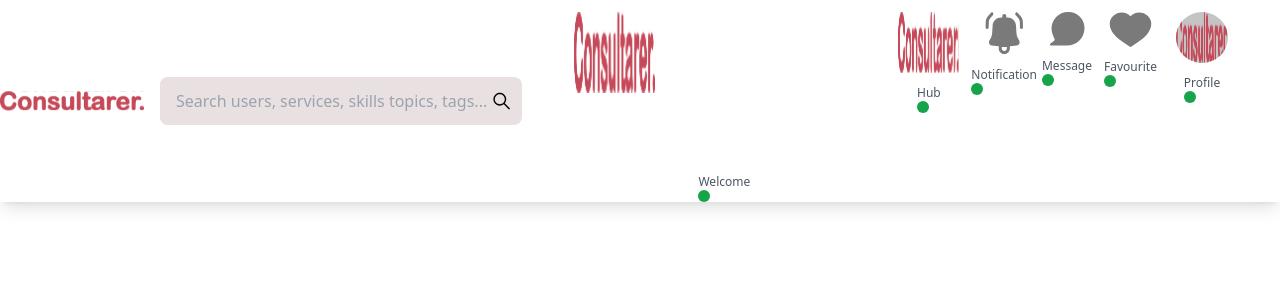
Repository: hisreal123/Consultarer
Page: /
These files come from the project's save history. The page is drawn as it stood at one moment and after a run of saves; the edit follows.
The browser window is 1280 px wide. The pictures show the whole page.
The project was rebuilt for these pictures with package versions that can differ from the ones it lists, and the page was loaded fresh each time. The framework's server and built-in components were replaced by stand-ins that run in the browser. Also part of the build but not shown: next.config.js, webpack.config.js.

Above is the page before, as saved 2022-04-19 16:56:59.

### pages/index.js
import Head from "next/head";
import Image from "next/image";
import { TopNav } from "../components/TopNav/TopNav";

export default function Home() {
  return (
    <div className="">
      <Head>
        <title>Create Next App</title>
        <meta name="description" content="Generated by create next app" />
        <link rel="icon" href="/favicon.ico" />
      </Head>

      <main>
        <TopNav />
      </main>
    </div>
  );
}

### components/TopNav/TopNav.js
import Link from "next/link";
import React from "react";
import NavItems from "./NavItems";
import LogoPng from "../svgs/jpegLogo.jpg";
import Logo from "../svgs/logo.svg";

// svg-icons
import Briefcase from "../svgs/briefcase.svg";
import Hub from "../svgs/ash-02.svg";
import Bell from "../svgs/bell.svg";
import Msg from "../svgs/msg.svg";
import Fav from "../svgs/fav.svg";
import Profile from "../svgs/unsplash_x9cXI2eQLBw.svg";
import Search from "./Search";
import Image from "next/image";

export const TopNav = () => {
  const IcconStyle = "text-[32px]";

  return (
    <div className=" shadow-lg ">
      <div className=" relative container mx-auto flex items-center w-screen justify-between">
        <div className="logo relative  ">
          <Logo className="text-9xl fit h-10 w-36 " />
        </div>

        {/* Search Comonent */}
        <Search widthStyle="w-[603px] ml-4 hover:text-green-400 " />

        {/* NAv right*/}
        <div className="nav inline-flex text-center flex-1 mx-10 justify-between">
          <NavItems
            title="Welcome"
            icon={<Briefcase className={IcconStyle} />}
          />
          <NavItems title="Hub" icon={<Hub className={IcconStyle} />} />

          <NavItems
            title="Notification"
            icon={<Bell className={IcconStyle} />}
          />

          <NavItems title="Message" icon={<Msg className={IcconStyle} />} />

          <NavItems title="Favourite" icon={<Fav className={IcconStyle} />} />

          <NavItems title="Profile" icon={<Profile className={IcconStyle} />} />
        </div>
      </div>
    </div>
  );
};

### components/TopNav/NavItems.js
import Link from "next/link";
import React from "react";

const NavItems = ({ title, icon, status = true }) => {
  return (
    <nav>
      <ul>
        <li>
          <Link href="/#" passHref={true} className="group ">
            <a className="relative lg:flex lg:flex-col lg:items-center hover:text-black lg:text-gray-600 lg:text-xs  transition  lg:hover:border-b-2  lg:hover:border-black lg:border-b-white">
              <span className="hover:text-green block lg:p-3  ">{icon}</span>
              <span className="font-normal hover:scale-105 transition-all">
                {title}

                {status ? (
                  <p className=" h-3 w-3 rounded-full bg-green-600">{status}</p>
                ) : (
                  " "
                )}
              </span>
            </a>
          </Link>
        </li>
      </ul>
    </nav>
  );
};

export default NavItems;

### components/TopNav/Search.js
import React from "react";
import SearchIcon from "../svgs/search.svg";

const Search = ({widthStyle}) => {
  return (
    <div className={`transition hover:shadow-md  flex items-center  relative bg-[#E9E1E1] justify-between pr-3 rounded-lg group ${widthStyle}` } >
      <input
        type="text"
        name="search"
        id="search"
        placeholder="Search users, services, skills topics, tags... "
        className=" bg-[#E9E1E1] py-3 pl-4 w-full rounded-lg border-0 focus:outline-0 text-gray-600"
      />
      <SearchIcon className='transition hover:scale-105 cursor-pointer  '/>
    </div>
  );
};

export default Search;

Loaded but not shown: pages/_app.js (common file); styles/globals.css (common file); tailwind.config.js (common file)

After the next 2 saves:
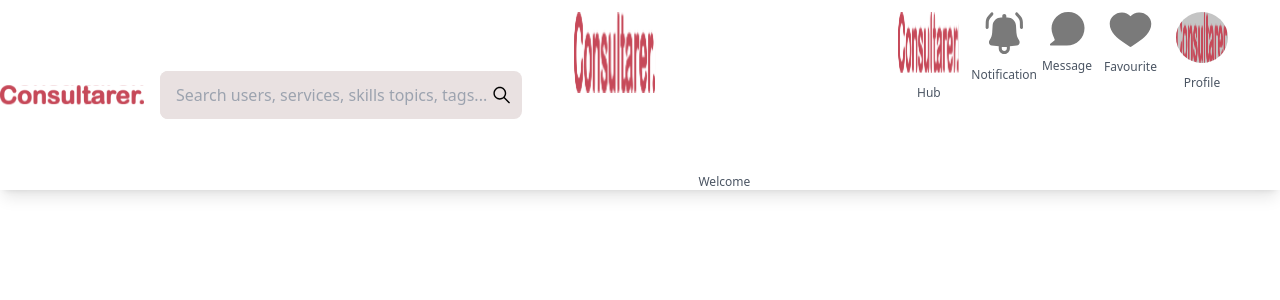
The 2 saves are shown as one change because 1 did not build or start.
The last was saved 10 s later.
--- a/components/TopNav/NavItems.js
+++ b/components/TopNav/NavItems.js
@@ -13,7 +13,7 @@
                 {title}
 
                 {status ? (
-                  <p className=" h-3 w-3 rounded-full bg-green-600">{status}</p>
+                  ''
                 ) : (
                   " "
                 )}
